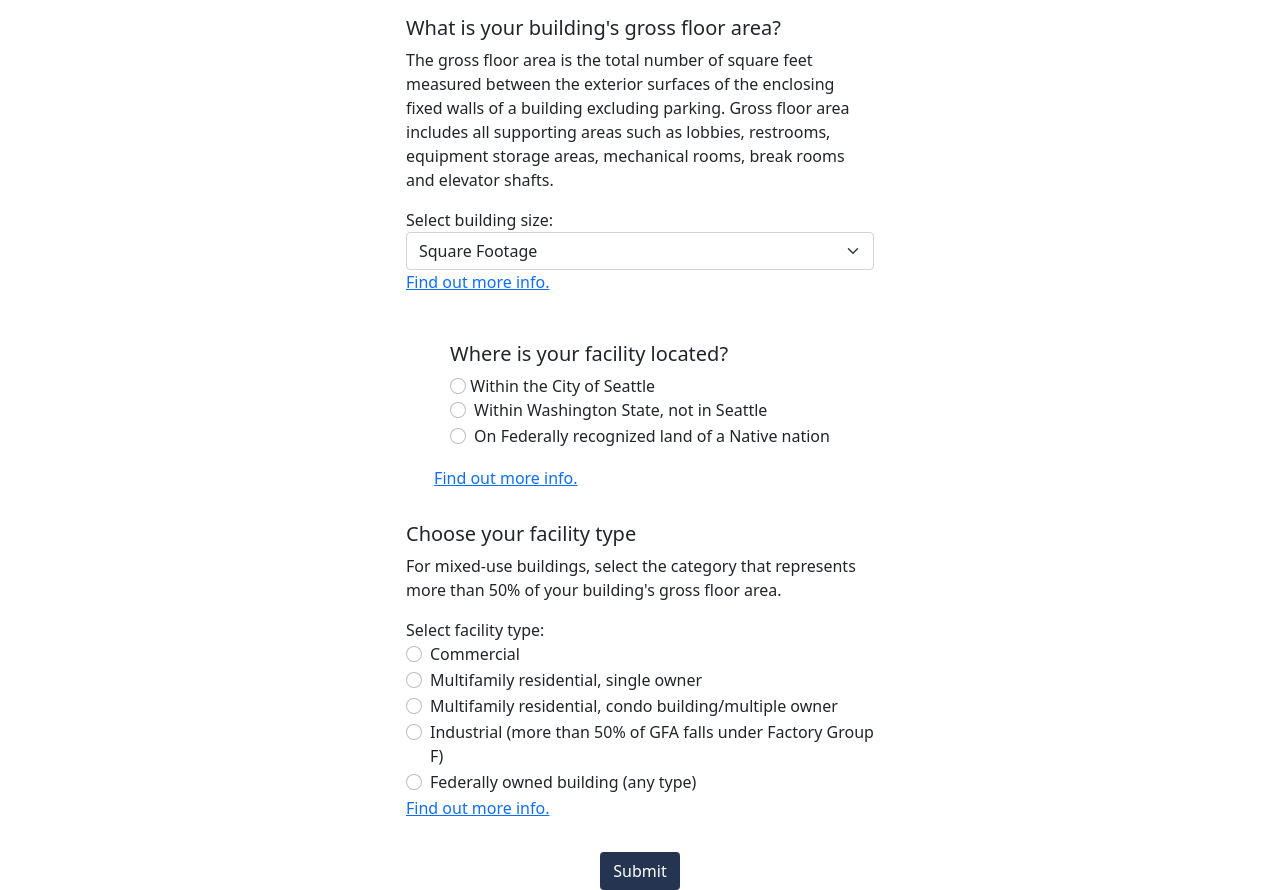
Repository: ChaidGPT/SershonSystemsQuiz
Page: index.html
These files come from the project's save history. The page is drawn as it stood at one moment and after the next save; the edit follows.
The browser window is 1280 px wide. The pictures show the whole page.

Above is the page before, as saved 2023-07-07 10:57:27.

### index.html
<!DOCTYPE html>
<html>

<head>
	<meta charset="utf-8">
	<title>Quiz</title>
	<link rel="stylesheet" href="https://cdn.jsdelivr.net/npm/bootstrap@5.0.2/dist/css/bootstrap.min.css">
	<style>
	.card {
		max-width: 500px;
        border: none;
	}

	.card-column {
		display: flex;
		flex-direction: column;
		align-items: center;
	}
    .btn {
        color: white;
        background-color: #253551;
    }
	</style>
</head>

<body>
	<div class="container">

		<!-- Question 1 Card -->
		<div class="row">
			<div class="card-column">
				<div class="card-column">
					<div class="card mb-3">
						<div class="card-body">
							<h5 class="card-title">What is your building's gross floor area?</h5>
							<p class="card-text">The gross floor area is the total number of square feet measured between the exterior surfaces of the enclosing fixed walls of a building excluding parking. Gross floor area includes all supporting areas such as lobbies, restrooms, equipment storage areas, mechanical rooms, break rooms and elevator shafts.</p>
							<div class="form-group">
								<label for="buildingSize">Select building size:</label>
								<select id="buildingSize" type="number" class="form-select dropdown">
									<option value="">Square Footage</option>
									<option value="under20k">less than 20k square feet</option>
									<option value="20kTo30k">20k - 30k square feet</option>
									<option value="30kTo50k">30k - 50k square feet</option>
									<option value="50kTo70k">50k - 70k square feet</option>
									<option value="70kTo90k">70k - 90k square feet</option>
									<option value="90kTo100k">90k - 100k square feet</option>
									<option value="100kTo200k">100k - 200k square feet</option>
									<option value="200kTo220k">200k - 220k square feet</option>
									<option value="over220k">over 220k square feet</option>
								</select>
							</div> <a href="" target="_blank">Find out more info.</a> </div>
					</div>
					<!-- Question 1 Card End -->

					<!-- Question 2 Card -->
					<div class="card mb-3">
                        <div class="card-body">
                            <h5 class="card-title">Where is your facility located?</h5>
                            <div class="form-group">
                                    <input type="radio" id="seattle" name="buildingLocation" value="seattle" class="form-check-input">
                                    <label for="seattle" class="form-check-label">Within the City of Seattle</label>
                                </div>
                                <div class="form-check">
                                    <input type="radio" id="washington" name="buildingLocation" value="washington" class="form-check-input">
                                    <label for="washington" class="form-check-label">Within Washington State, not in Seattle</label>
                                </div>
                                <div class="form-check">
                                    <input type="radio" id="native" name="buildingLocation" value="native" class="form-check-input">
                                    <label for="native" class="form-check-label">On Federally recognized land of a Native nation</label>
                                </div>
                            </div>
                            <a href="" target="_blank">Find out more info.</a>
                        </div>
                    </div>
					<!-- Question 2 Card End -->

					<!-- Question 3 Card -->
<div class="card mb-3">
    <div class="card-body">
        <h5 class="card-title">Choose your facility type</h5>
        <p class="card-text">For mixed-use buildings, select the category that represents more than 50% of your building's gross floor area.</p>
        <div class="form-group">
            <label for="facilityType">Select facility type:</label>
            <div class="form-check">
                <input type="radio" id="commercial" name="facilityType" value="commercial" class="form-check-input">
                <label for="commercial" class="form-check-label">Commercial</label>
            </div>
            <div class="form-check">
                <input type="radio" id="MFsingle" name="facilityType" value="MFsingle" class="form-check-input">
                <label for="MFsingle" class="form-check-label">Multifamily residential, single owner</label>
            </div>
            <div class="form-check">
                <input type="radio" id="MFmultiple" name="facilityType" value="MFmultiple" class="form-check-input">
                <label for="MFmultiple" class="form-check-label">Multifamily residential, condo building/multiple owner</label>
            </div>
            <div class="form-check">
                <input type="radio" id="industrial" name="facilityType" value="industrial" class="form-check-input">
                <label for="industrial" class="form-check-label">Industrial (more than 50% of GFA falls under Factory Group F)</label>
            </div>
            <div class="form-check">
                <input type="radio" id="federal" name="facilityType" value="federal" class="form-check-input">
                <label for="federal" class="form-check-label">Federally owned building (any type)</label>
            </div>
        </div>
        <a href="" target="_blank">Find out more info.</a>
    </div>
</div>
<!-- Question 3 Card End -->


                    <button type="submit" class="btn">Submit</button>
				</div>
			</div>
		</div>
	</div>

	<script src="https://cdn.jsdelivr.net/npm/bootstrap@5.0.2/dist/js/bootstrap.bundle.min.js"></script>
	<script>
	// Add custom JavaScript here if needed
	</script>

</body>

</html>

After the next save:
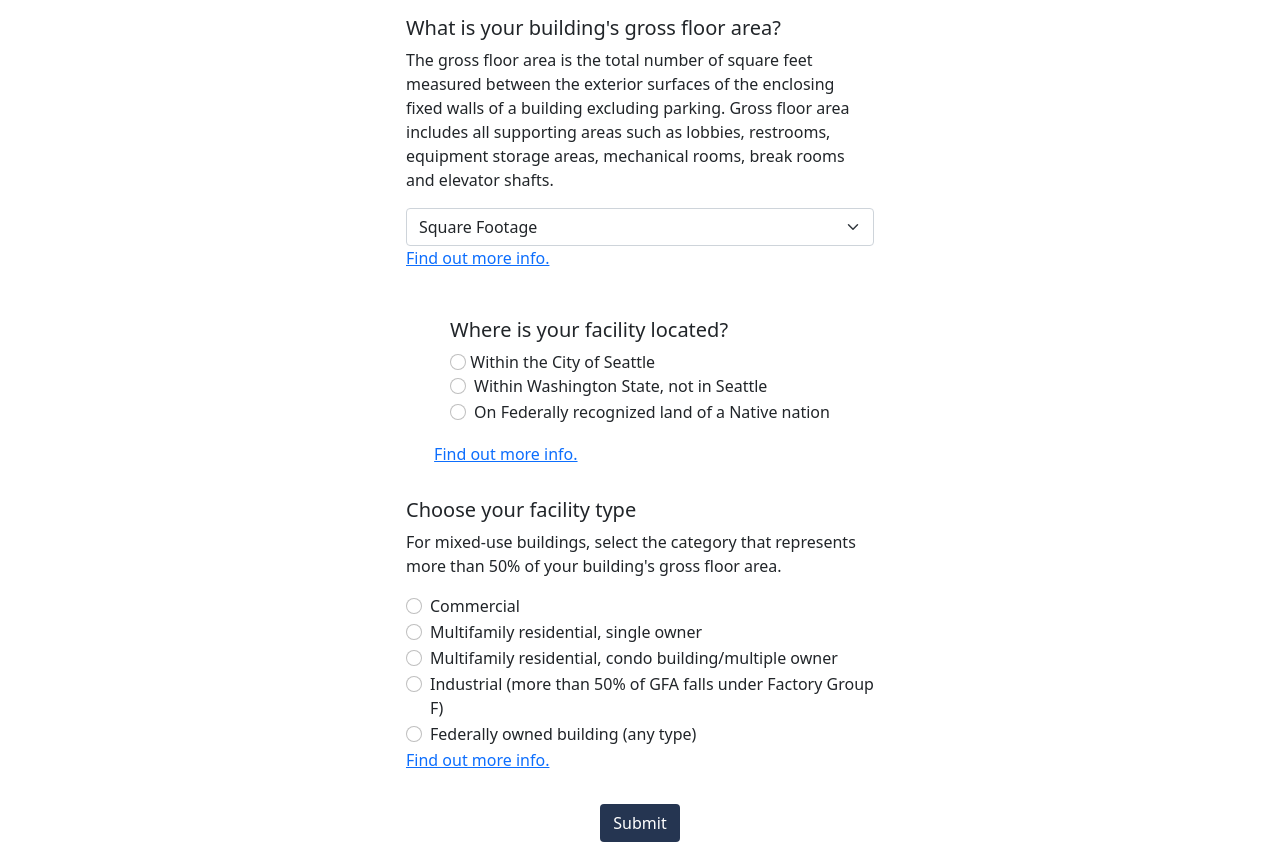
Saved 81 s later.
--- a/index.html
+++ b/index.html
@@ -35,7 +35,6 @@
 							<h5 class="card-title">What is your building's gross floor area?</h5>
 							<p class="card-text">The gross floor area is the total number of square feet measured between the exterior surfaces of the enclosing fixed walls of a building excluding parking. Gross floor area includes all supporting areas such as lobbies, restrooms, equipment storage areas, mechanical rooms, break rooms and elevator shafts.</p>
 							<div class="form-group">
-								<label for="buildingSize">Select building size:</label>
 								<select id="buildingSize" type="number" class="form-select dropdown">
 									<option value="">Square Footage</option>
 									<option value="under20k">less than 20k square feet</option>
@@ -80,7 +79,6 @@
         <h5 class="card-title">Choose your facility type</h5>
         <p class="card-text">For mixed-use buildings, select the category that represents more than 50% of your building's gross floor area.</p>
         <div class="form-group">
-            <label for="facilityType">Select facility type:</label>
             <div class="form-check">
                 <input type="radio" id="commercial" name="facilityType" value="commercial" class="form-check-input">
                 <label for="commercial" class="form-check-label">Commercial</label>
